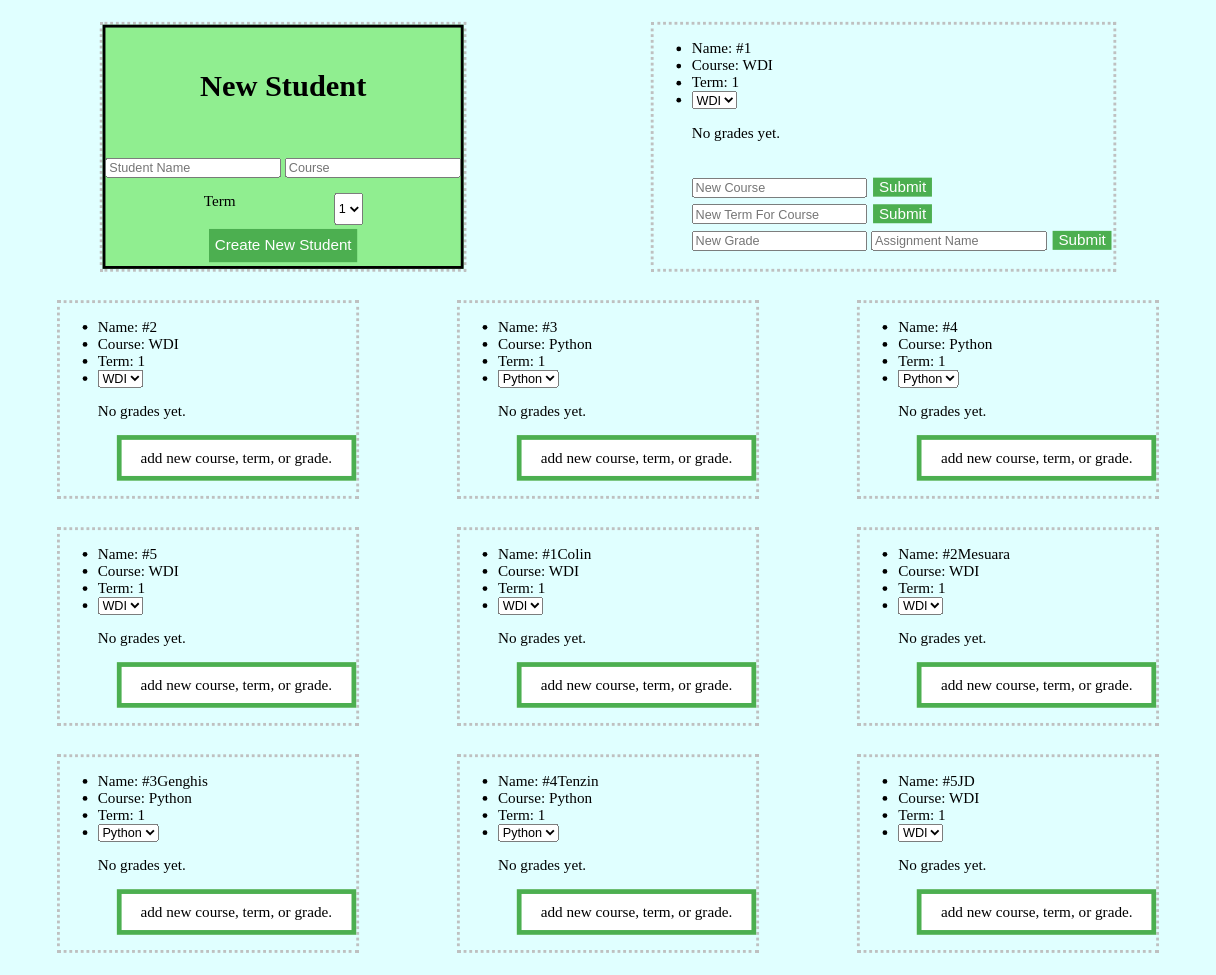
Repository: EdmontDantes/graderaide-fullstack-solution
Page: index.html
These files come from the project's save history. The page is drawn as it stood at one moment and after the next save; the edit follows.
The browser window is 1280 px wide. The pictures show the whole page, at 95% of full size.

Above is the page before, as saved 2020-04-22 12:05:34.
Console error: TypeError: Cannot read properties of null (reading 'addEventListener')

After the next save:
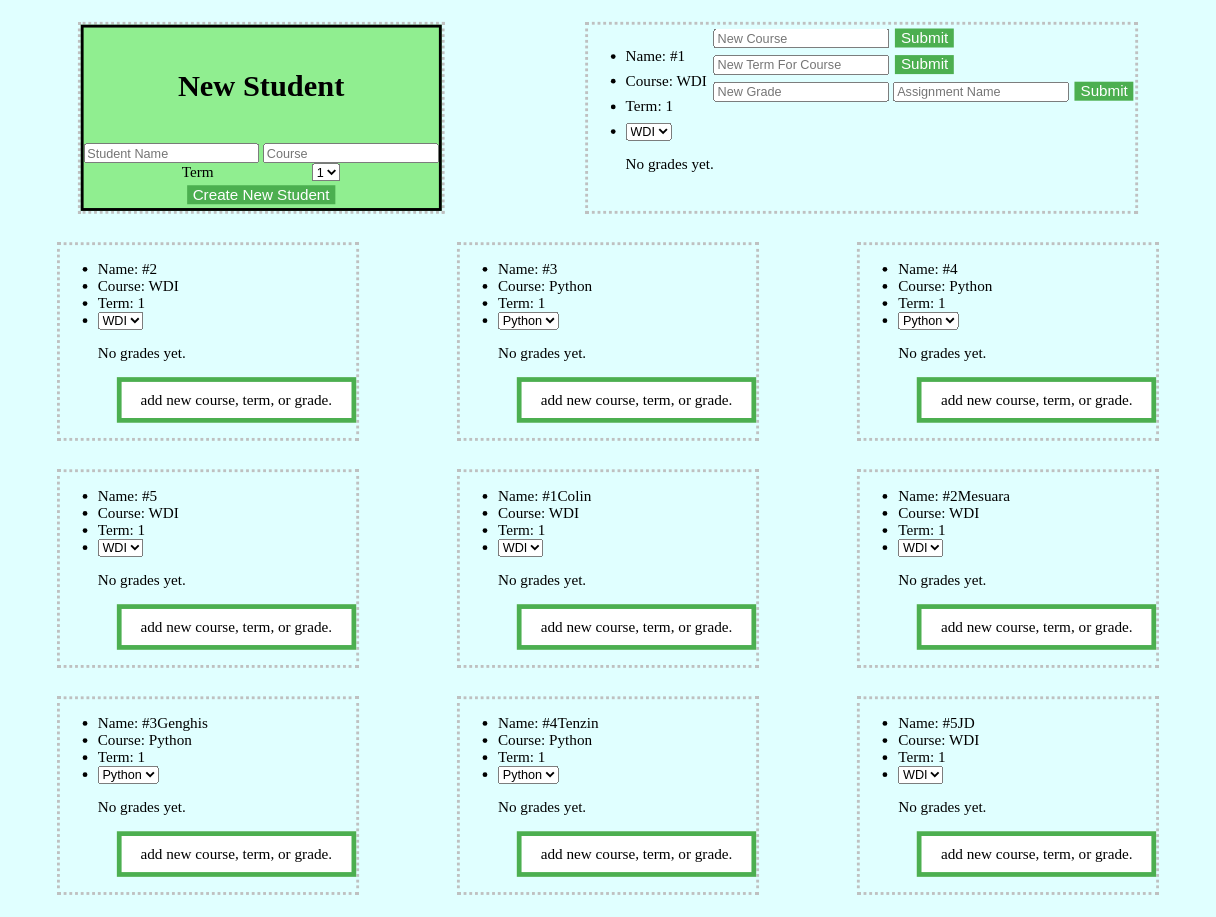
Saved 45 s later.
--- a/index.html
+++ b/index.html
@@ -45,6 +45,7 @@
             </select>
             <p>No grades yet.</p>
           </li>
+        </ul>
 
           <br>
           <div id="data-grades-input student-1">
@@ -66,7 +67,6 @@
               <button type="submit" class="submit-new-grade-assignment">Submit</button>
             </section>
           </div>
-        </ul>
       </section>
       <section class="student-display">
         <ul class="student-info">

After the save that followed:
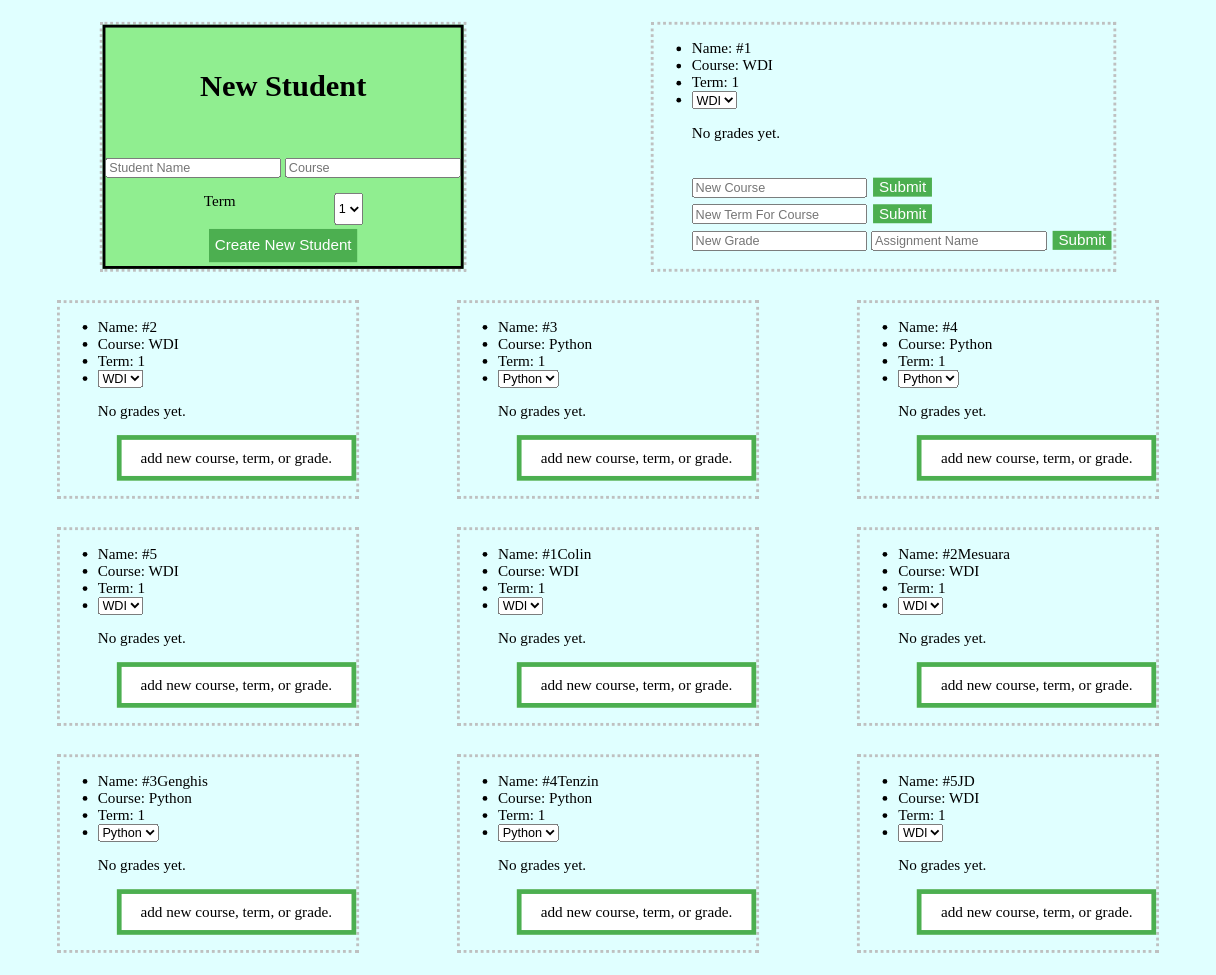
Saved 10 s later.
--- a/index.html
+++ b/index.html
@@ -45,7 +45,6 @@
             </select>
             <p>No grades yet.</p>
           </li>
-        </ul>
 
           <br>
           <div id="data-grades-input student-1">
@@ -67,6 +66,7 @@
               <button type="submit" class="submit-new-grade-assignment">Submit</button>
             </section>
           </div>
+        </ul>
       </section>
       <section class="student-display">
         <ul class="student-info">
